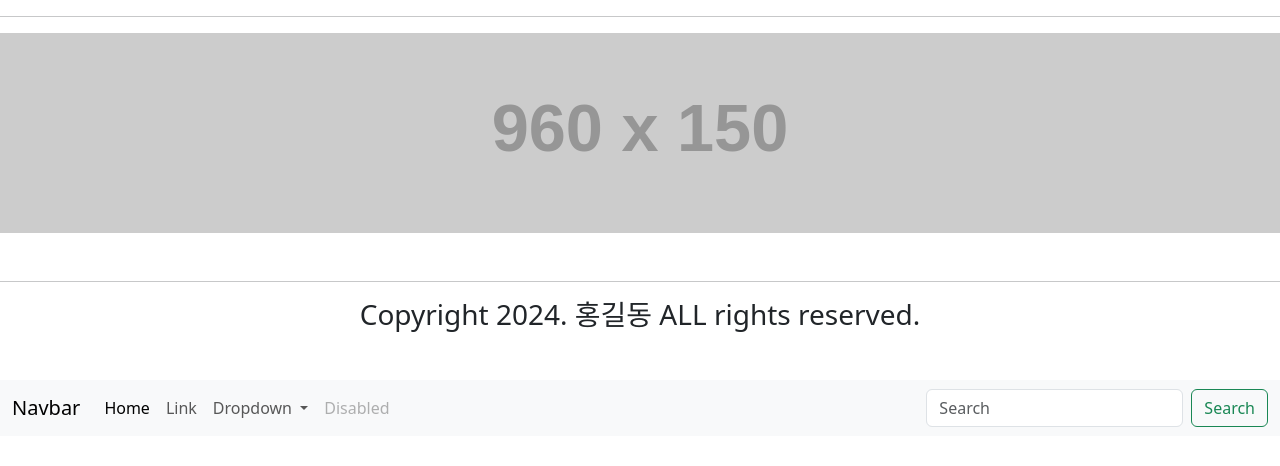
Repository: nltpbj/jsp
Page: http://localhost/ex01/
An editor plug-in stored every save of this project. The page is shown before and after the next save, followed by the edit.
The browser window is 1280 px wide. The pictures show the whole page.
The page is served by Tomcat 9.

Above is the page before, as saved 2024-04-29 01:54:42.

After the next save:
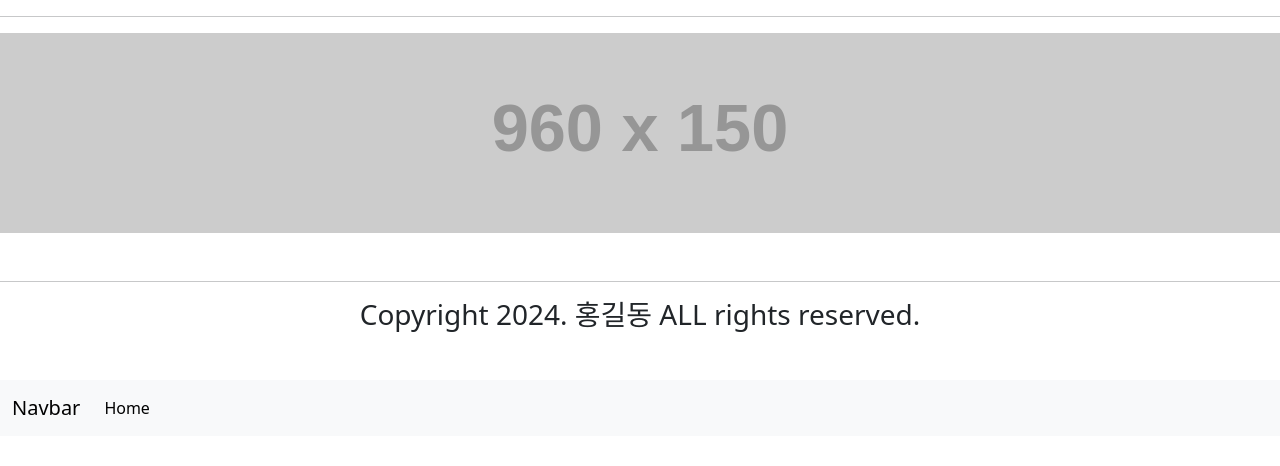
Saved 66 s later.
--- a/ex01/src/main/webapp/menu.jsp
+++ b/ex01/src/main/webapp/menu.jsp
@@ -11,28 +11,7 @@
         <li class="nav-item">
           <a class="nav-link active" aria-current="page" href="#">Home</a>
         </li>
-        <li class="nav-item">
-          <a class="nav-link" href="#">Link</a>
-        </li>
-        <li class="nav-item dropdown">
-          <a class="nav-link dropdown-toggle" href="#" role="button" data-bs-toggle="dropdown" aria-expanded="false">
-            Dropdown
-          </a>
-          <ul class="dropdown-menu">
-            <li><a class="dropdown-item" href="#">Action</a></li>
-            <li><a class="dropdown-item" href="#">Another action</a></li>
-            <li><hr class="dropdown-divider"></li>
-            <li><a class="dropdown-item" href="#">Something else here</a></li>
-          </ul>
-        </li>
-        <li class="nav-item">
-          <a class="nav-link disabled" aria-disabled="true">Disabled</a>
-        </li>
       </ul>
-      <form class="d-flex" role="search">
-        <input class="form-control me-2" type="search" placeholder="Search" aria-label="Search">
-        <button class="btn btn-outline-success" type="submit">Search</button>
-      </form>
     </div>
   </div>
 </nav>
